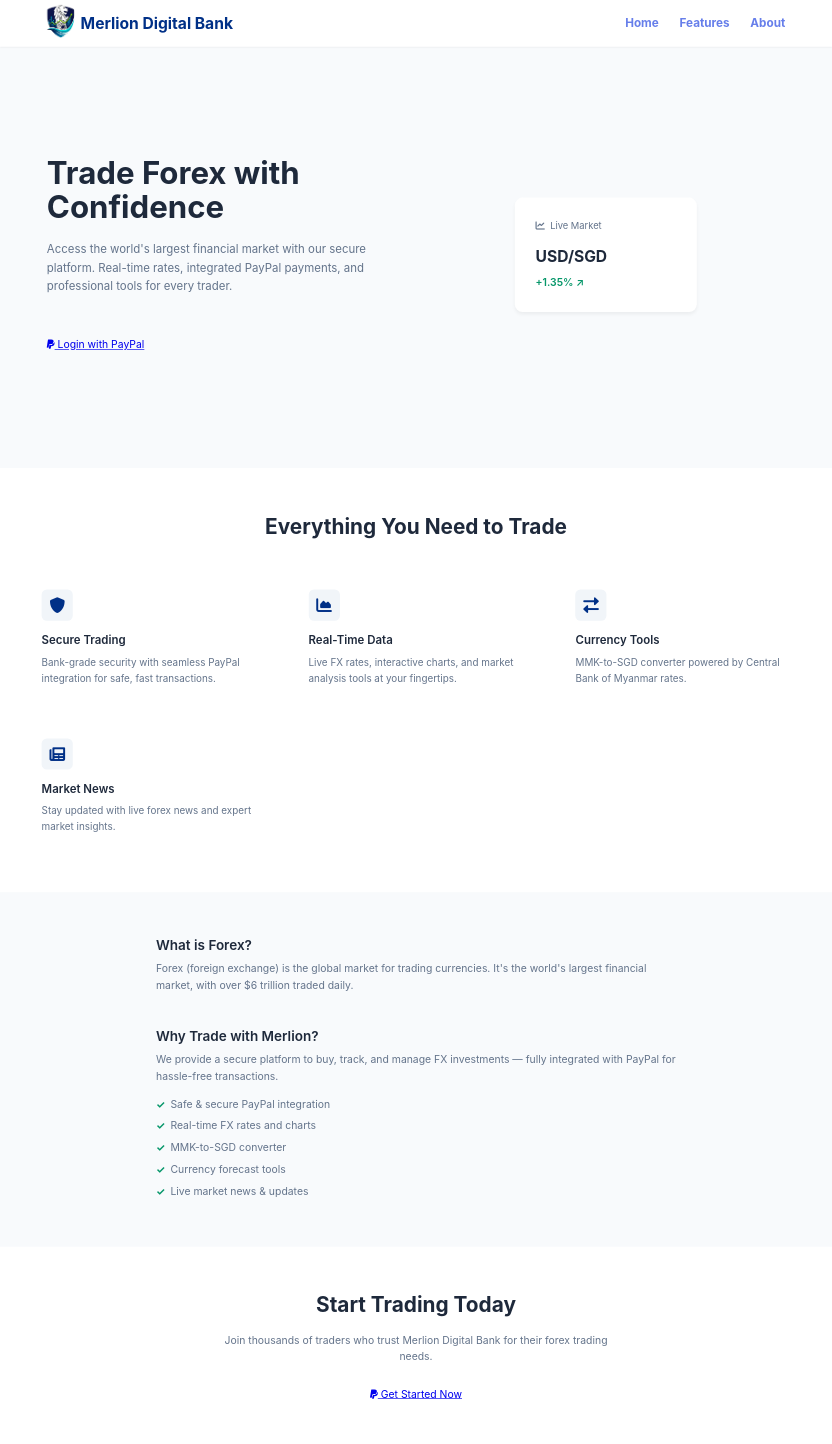
Repository: MayThetNaingBo/MerlionFX-app
Page: http://localhost/
The author's editor kept a copy of each file at every save. The page is drawn from the files as they stood at one save, then again after a run of saves.
The browser window is 1280 px wide. The pictures show the whole page, at 65% of full size.
The page is served by the project's application, run on Flask 3 (app.py).

Above is the page before, as saved 2025-08-07 23:57:42.

After the next 3 saves:
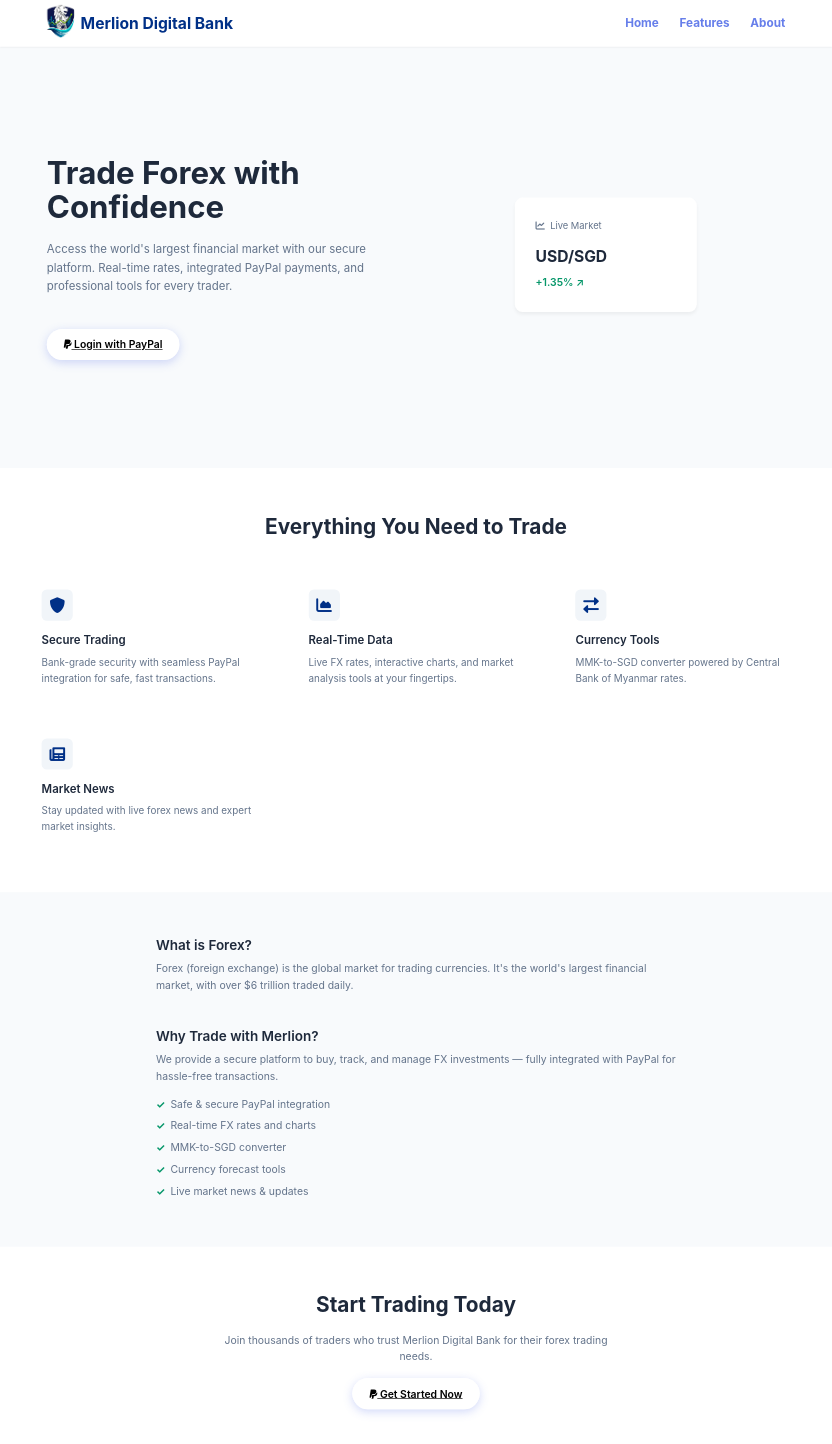
The 3 saves are shown as one change because they came seconds apart.
The last was saved 22 s later.
--- a/templates/index.html
+++ b/templates/index.html
@@ -108,9 +108,20 @@
             margin-bottom: 4rem;
         }
 
-        .cta {
-      font-size: 15px;
-      padding: 12px 24px;
+        .cta-button {
+            /* display: inline-flex;
+            align-items: center;
+            gap: 0.5rem;
+            background: #003087;
+            color: white;
+            padding: 0.75rem 1.5rem;
+            border: none;
+            border-radius: 8px;
+            font-weight: 600;
+            text-decoration: none;
+            transition: all 0.2s; */
+            font-size: 16px;
+      padding: 14px 26px;
       background: white;
       border: none;
       border-radius: 50px;
@@ -121,30 +132,14 @@
       box-shadow: 0 4px 15px rgba(102, 126, 234, 0.3);
       position: relative;
       overflow: hidden;
-    }
-
-    .cta :before {
-      content: '';
-      position: absolute;
-      top: 0;
-      left: -100%;
-      width: 100%;
-      height: 100%;
-      background: linear-gradient(90deg, transparent, rgba(255, 255, 255, 0.2), transparent);
-      transition: left 0.5s;
-    }
-
-    .cta :hover:before {
-      left: 100%;
-    }
-
-    .cta button:hover {
-      background: linear-gradient(135deg, #667eea 0%, #764ba2 100%);
+        }
+
+        .cta-button:hover {
+            background: linear-gradient(135deg, #667eea 0%, #764ba2 100%);
       color: white;
       transform: translateY(-2px);
       box-shadow: 0 8px 25px rgba(102, 126, 234, 0.5);
-    }
-
+        }
 
         .hero-visual {
             display: flex;
